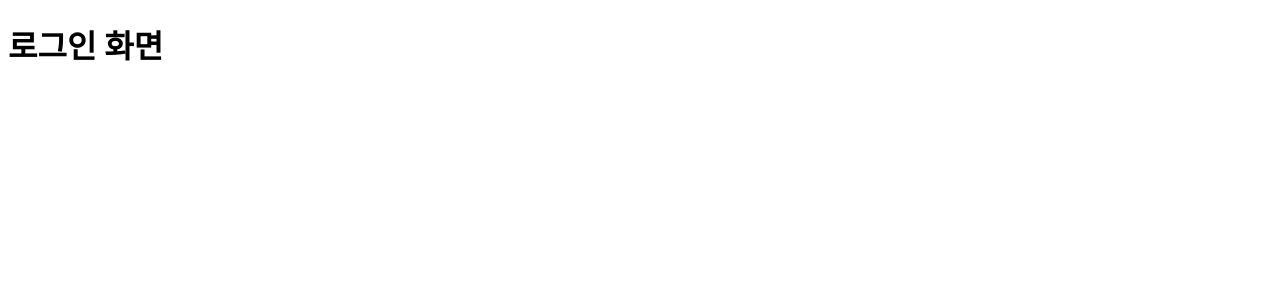
Repository: chuni90/bigdata
Page: http://localhost/tutorial_03/view/login.jsp
These files come from the project's save history. The page is drawn as it stood at one moment and after the next save; the edit follows.
The browser window is 1280 px wide. The pictures show the whole page.
The page is served by Tomcat 9. Other server files are loaded and not shown.

Above is the page before, as saved 2019-09-24 02:24:00.

### 2. Java DB/Oracle/tutorial_03/WebContent/view/login.jsp
<%@ page language="java" contentType="text/html; charset=UTF-8"
    pageEncoding="UTF-8"%>
<!DOCTYPE html PUBLIC "-//W3C//DTD HTML 4.01 Transitional//EN" "http://www.w3.org/TR/html4/loose.dtd">
<html>
	<head>
		<meta http-equiv="Content-Type" content="text/html; charset=UTF-8">
		<title>Insert title here</title>
	</head>
	<body>
		<h1>로그인 화면</h1>
		<form action = "login_pro.jsp" method="post">
			<table>

			</table>

		</form>

	</body>
</html>

After the next save:
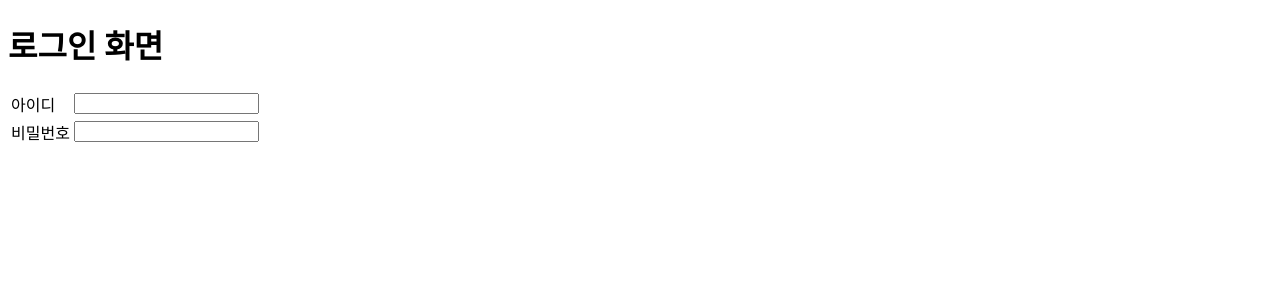
Saved 3 min 3 s later.
--- a/2. Java DB/Oracle/tutorial_03/WebContent/view/login.jsp
+++ b/2. Java DB/Oracle/tutorial_03/WebContent/view/login.jsp
@@ -10,7 +10,14 @@
 		<h1>로그인 화면</h1>
 		<form action = "login_pro.jsp" method="post">
 			<table>
-
+				<tr>
+					<td>아이디</td>
+					<td><input type="text" name="id"/></td>
+				</tr>
+				<tr>
+					<td>비밀번호</td>
+					<td><input type="password" name="pass"/></td>
+				</tr>
 			</table>
 
 		</form>
